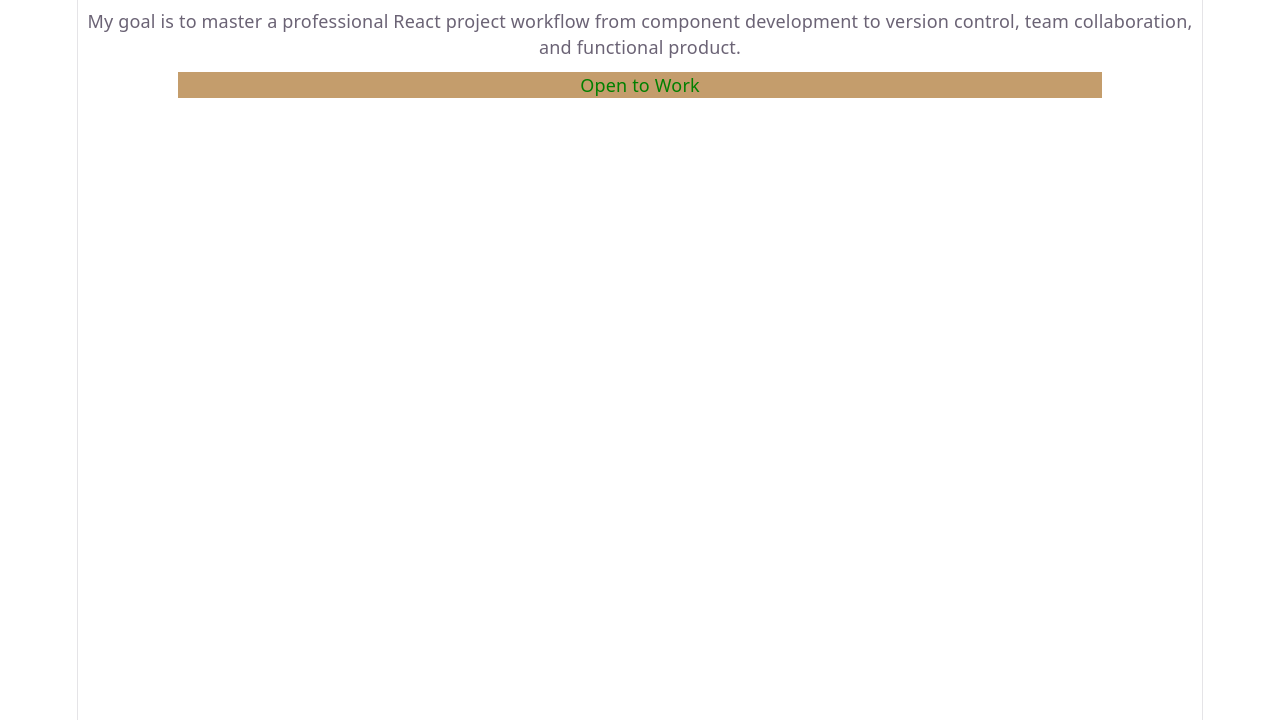
Repository: Houykea/jia-portfolio
Page: /
An editor plug-in stored every save of this project. The page is shown before and after a run of saves, followed by the edit.
The browser window is 1280 px wide. The pictures show the whole page.
The project was rebuilt for these pictures with package versions that can differ from the ones it lists, and the page was loaded fresh each time. Also part of the build but not shown: vite.config.js.

Above is the page before, as saved 2026-09-11 16:53:57.

### index.html
<!doctype html>
<html lang="en">
  <head>
    <meta charset="UTF-8" />
    <link rel="icon" type="image/svg+xml" href="/favicon.svg" />
    <meta name="viewport" content="width=device-width, initial-scale=1.0" />
    <title>jia-portfolio</title>
  </head>
  <body>
    <div id="root"></div>
    <script type="module" src="/src/main.jsx"></script>
  </body>
</html>

### src/index.css
:root {
  --text: #6b6375;
  --text-h: #08060d;
  --bg: #fff;
  --border: #e5e4e7;
  --code-bg: #f4f3ec;
  --accent: #aa3bff;
  --accent-bg: rgba(170, 59, 255, 0.1);
  --accent-border: rgba(170, 59, 255, 0.5);
  --social-bg: rgba(244, 243, 236, 0.5);
  --shadow:
    rgba(0, 0, 0, 0.1) 0 10px 15px -3px, rgba(0, 0, 0, 0.05) 0 4px 6px -2px;

  --sans: system-ui, 'Segoe UI', Roboto, sans-serif;
  --heading: system-ui, 'Segoe UI', Roboto, sans-serif;
  --mono: ui-monospace, Consolas, monospace;

  font: 18px/145% var(--sans);
  letter-spacing: 0.18px;
  color-scheme: light dark;
  color: var(--text);
  background: var(--bg);
  font-synthesis: none;
  text-rendering: optimizeLegibility;
  -webkit-font-smoothing: antialiased;
  -moz-osx-font-smoothing: grayscale;

  @media (max-width: 1024px) {
    font-size: 16px;
  }
}

@media (prefers-color-scheme: dark) {
  :root {
    --text: #9ca3af;
    --text-h: #f3f4f6;
    --bg: #16171d;
    --border: #2e303a;
    --code-bg: #1f2028;
    --accent: #c084fc;
    --accent-bg: rgba(192, 132, 252, 0.15);
    --accent-border: rgba(192, 132, 252, 0.5);
    --social-bg: rgba(47, 48, 58, 0.5);
    --shadow:
      rgba(0, 0, 0, 0.4) 0 10px 15px -3px, rgba(0, 0, 0, 0.25) 0 4px 6px -2px;
  }

  #social .button-icon {
    filter: invert(1) brightness(2);
  }
}

body {
  margin: 0;
}

#root {
  width: 1126px;
  max-width: 100%;
  margin: 0 auto;
  text-align: center;
  border-inline: 1px solid var(--border);
  min-height: 100svh;
  display: flex;
  flex-direction: column;
  box-sizing: border-box;
}

h1,
h2 {
  font-family: var(--heading);
  font-weight: 500;
  color: var(--text-h);
}

h1 {
  font-size: 56px;
  letter-spacing: -1.68px;
  margin: 32px 0;
  @media (max-width: 1024px) {
    font-size: 36px;
    margin: 20px 0;
  }
}
h2 {
  font-size: 24px;
  line-height: 118%;
  letter-spacing: -0.24px;
  margin: 0 0 8px;
  @media (max-width: 1024px) {
    font-size: 20px;
  }
}
p {
  margin: 0;
}

code,
.counter {
  font-family: var(--mono);
  display: inline-flex;
  border-radius: 4px;
  color: var(--text-h);
}

code {
  font-size: 15px;
  line-height: 135%;
  padding: 4px 8px;
  background: var(--code-bg);
}

### src/App.jsx
import { useState } from 'react'
import './App.css'
import StatusBadge from './StatusBadge'
import SectionHeading from "./components/Headings";

function App() {
  return (
    <>
      <SectionHeading />
      <p>My goal is to master a professional React project workflow from component development to version control, team collaboration, and functional product.</p>
      <StatusBadge isOpenToWork={true}/>
    </>
  )
}

export default App

### src/App.css
.green {
  color: green;
  background-color: rgb(196, 157, 108);
  margin-left: 100px;
  margin-right: 100px;
  margin-top: 12px;  ;
}

.gray {
  color: gray;
  background-color: bisque;
  margin:100px

}

### src/StatusBadge.jsx
const StatusBadge = ({isOpenToWork}) => {
  const statusText = isOpenToWork ? "Open to Work" : "Busy learning"
  const statusColor = isOpenToWork ? "green" : "gray"
  return (
    <span className={statusColor}>
      {statusText}
    </span>
  )
}
export default StatusBadge;

### src/components/Headings.jsx
function SectionHeading(props) {
  const title = props.title;

  return (
    <>
      <h2 className="text-gray-900 text-xl font-semibold mb-4 p-4">
        {title}
      </h2>
    </>
  )
}

export default SectionHeading

Loaded but not shown: src/main.tsx (common file)

After the next 6 saves:
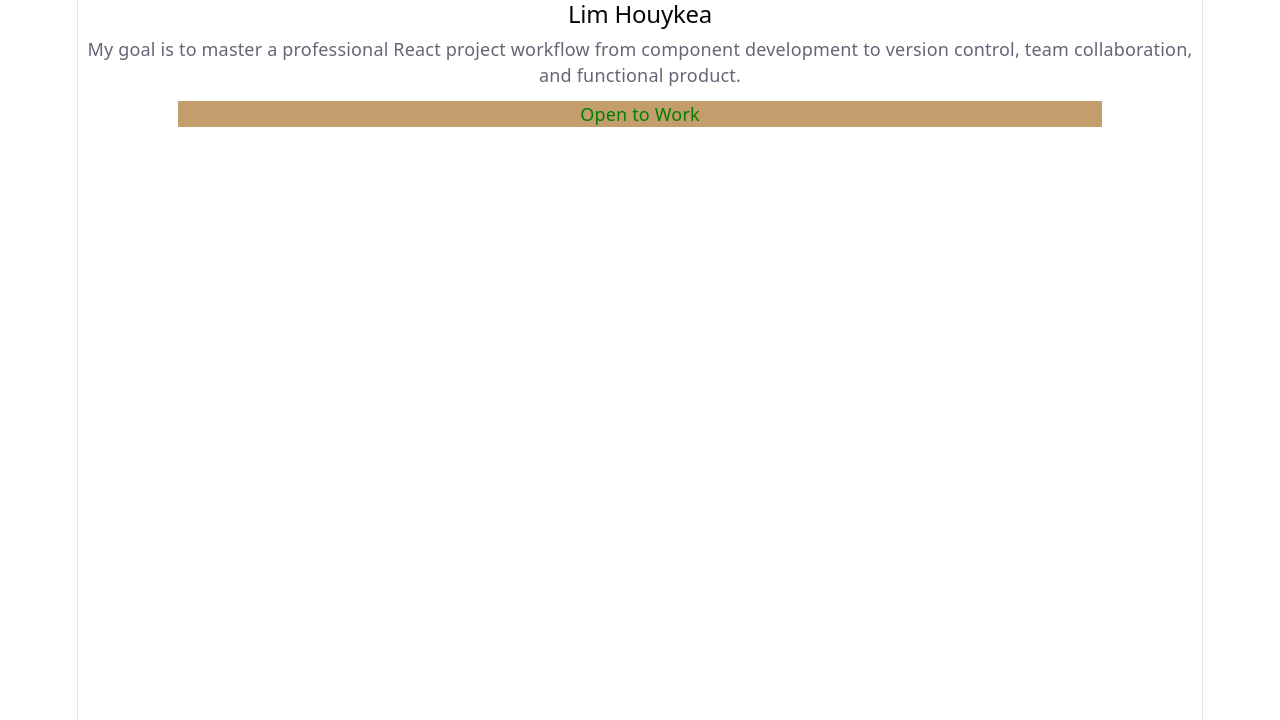
The 6 saves are shown as one change because 1 did not build or start and some came seconds apart.
The last was saved 57 s later.
--- a/src/App.jsx
+++ b/src/App.jsx
@@ -6,7 +6,7 @@ import SectionHeading from "./components/Headings";
 function App() {
   return (
     <>
-      <SectionHeading />
+      <SectionHeading title="Lim Houykea"/>
       <p>My goal is to master a professional React project workflow from component development to version control, team collaboration, and functional product.</p>
       <StatusBadge isOpenToWork={true}/>
     </>
